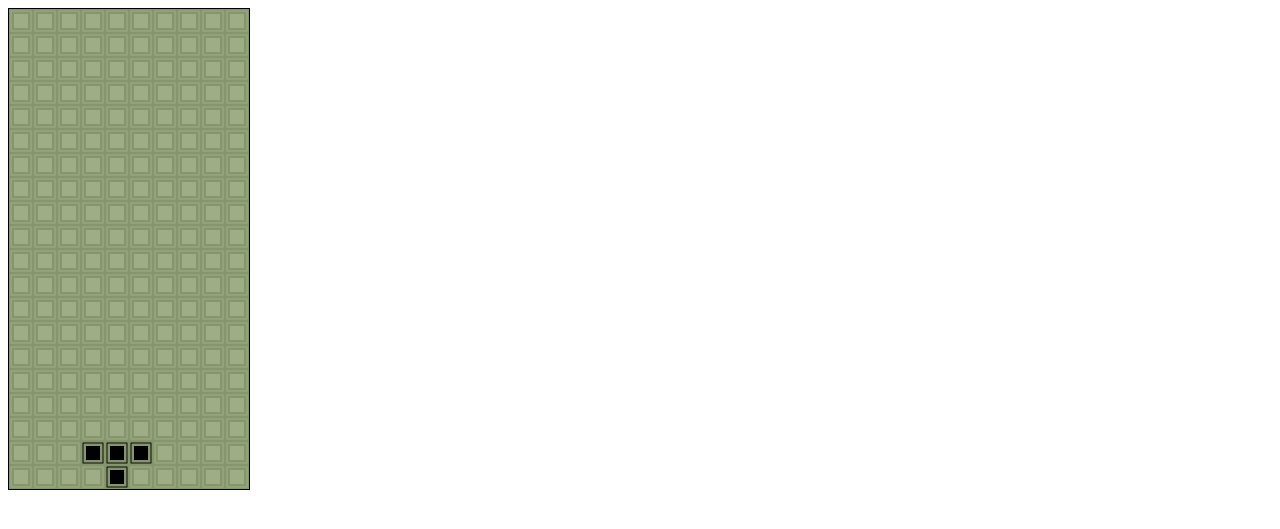
Repository: yzarc204/tetris-web
Page: index.html
These files come from the project's save history. The page is drawn as it stood at one moment and after the next save; the edit follows.
The browser window is 1280 px wide. The pictures show the whole page.

Above is the page before, as saved 2021-09-20 20:36:42.

### index.html
<!DOCTYPE html>
<html lang="en">
<head>
    <meta charset="UTF-8">
    <meta http-equiv="X-UA-Compatible" content="IE=edge">
    <meta name="viewport" content="width=device-width, initial-scale=1.0">
    <title>Tetris</title>
    <style>
        canvas {
            border: 1px solid #000;
        }
    </style>
</head>
<body>
    <script src="js/const.js"></script>
    <script src="js/board.js"></script>
    <script src="js/pixel.js"></script>
    <script src="js/brick.js"></script>
    <script src="js/game.js"></script>
</body>
</html>

### js/const.js
const PIXEL_SIZE = 24;

const B = true;
const _ = false;

const ROW = 20;
const COL = 10;

const GAME_WIDTH = PIXEL_SIZE * COL;
const GAME_HEIGHT = PIXEL_SIZE * ROW;

const GAME_BG_COLOR = '#86966c';
const PIXEL_COLOR = '#000000';
const PIXEL_BG_COLOR = '#9EAD86';

const BRICK_SHAPES = [
    [
        [
            [B, B, B, B]
        ]
    ],
    [
        [B, B, B],
        [_, B, _]
    ]
];

### js/board.js
class Board
{
    constructor(tetris) {
        this.tetris = tetris;
        this.map = [];
        this.row = ROW;
        this.col = COL;
        this.init();
    }

    init() {
        for (let row = 0; row < this.row; row++) {
            let rowData = [];
            for (let col = 0; col < this.col; col++) {
                rowData.push(_);
            }
            this.map.push(rowData);
        }
    }

    addNewPixel(row, col) {
        this.map[row][col] = B;
    }

    isEmptyCell(row, col) {
        if (row > this.row-1 || col > this.col-1)
           return false;
        return this.map[row][col] == _;
    }

    draw() {
        for (let row = 0; row < this.row; row++) {
            for (let col = 0; col < this.col; col++) {
                let color = PIXEL_BG_COLOR;
                if (this.map[row][col] == B)
                    color = PIXEL_COLOR;
                new Pixel(this.tetris, row, col, color).draw();
            }
        }
    }
};

### js/pixel.js
class Pixel
{
    constructor(tetris, row, col, color) {
        this.tetris = tetris;
        this.row = row;
        this.col = col;
        this.color = color;
        this.size = PIXEL_SIZE;
    }

    isHitLeft() {
        return this.col == 0;
    }

    canMoveLeft() {
        if (this.isHitLeft())
            return false;
        if (!this.tetris.board.isEmptyCell(this.row, this.col-1))
            return false;
        return true;
    }

    moveLeft() {
        if (this.canMoveLeft())
            this.col--;
    }

    isHitRight() {
        return this.col == COL - 1;
    }

    canMoveRight() {
        if (this.isHitRight())
            return false;
        if (!this.tetris.board.isEmptyCell(this.row, this.col+1))
            return false;
        return true;
    }

    moveRight() {
        if (this.canMoveRight())
            this.col++;
    }

    isHitBottom() {
        return this.row == ROW-1;
    }

    canFall() {
        if (this.isHitBottom())
            return false;
        if (!this.tetris.board.isEmptyCell(this.row+1, this.col))
            return false;
        return true;
    }

    fall() {
        if (this.canFall())
            this.row++;
    }

    draw() {
        const x = this.row * this.size;
        const y = this.col * this.size;
        // Set color
        this.tetris.ctx.fillStyle = this.color;
        this.tetris.ctx.strokeStyle = this.color;
        this.tetris.ctx.lineWidth = 1;
        // Draw outline
        this.tetris.ctx.strokeRect(y+2, x+2, this.size-4, this.size-4);
        // Draw area
        this.tetris.ctx.fillRect(y+5, x+5, this.size-10, this.size-10, this.color);
    }
};

### js/brick.js
class Brick {
    constructor(tetris, row, col, shape) {
        this.tetris = tetris;
        this.row = row;
        this.col = col;
        this.map = BRICK_SHAPES[shape];
        this.pixels = [];
        this.color = PIXEL_COLOR;
        this.init();
    }

    init() {
        for (let row = 0; row < this.map.length; row++) {
            for (let col = 0; col < this.map[0].length; col++) {
                if (this.map[row][col] == B) {
                    let newPixel = new Pixel(this.tetris, this.row+row, this.col+col, PIXEL_COLOR);
                    this.pixels.push(newPixel);
                }
            }
        }
    }

    canFall() {
        let doesCanFall = true;
        this.pixels.forEach(pixel => {
            if (!pixel.canFall())
                doesCanFall = false;
        })
        return doesCanFall;
    }

    fall() {
        if (this.canFall()) {
            this.row++;
            this.pixels.forEach(pixel => pixel.fall());
        }
    }

    update() {
        this.fall();
    }

    draw() {
        this.pixels.forEach(pixel => pixel.draw());
    }
};

### js/game.js
class Tetris {
    constructor() {
        this.cvs = null;
        this.ctx = null;
        this.board = null;
        this.brick = null;
        this.score = 0;
        this.init();
        this.startGame();
        this.gameLoop = setInterval(() => this.loop(), 333);
    }

    init() {
        // Create canvas
        this.cvs = document.createElement('canvas');
        this.cvs.width = GAME_WIDTH;
        this.cvs.height = GAME_HEIGHT;
        document.body.appendChild(this.cvs);

        this.ctx = this.cvs.getContext('2d');
    }

    startGame() {
        this.board = new Board(this);
        this.brick = new Brick(this, 4, 3, 1);
        // this.pixel = new Pixel(this, 0, 4, PIXEL_COLOR);
        // this.pixel2 = new Pixel(this, 3, 4, PIXEL_COLOR);
    }

    clrscr() {
        this.ctx.fillStyle = GAME_BG_COLOR;
        this.ctx.fillRect(0, 0, GAME_WIDTH, GAME_HEIGHT);
    }

    loop() {
        this.clrscr();
        this.update();
        this.draw();
    }

    update() {
        // this.pixel.fall();
        // this.pixel2.fall();
        this.brick.update();
    }

    draw() {
        this.board.draw();
        this.brick.draw();
        // this.pixel.draw();
        // this.pixel2.draw();
    }
};

const tetris = new Tetris();

After the next save:
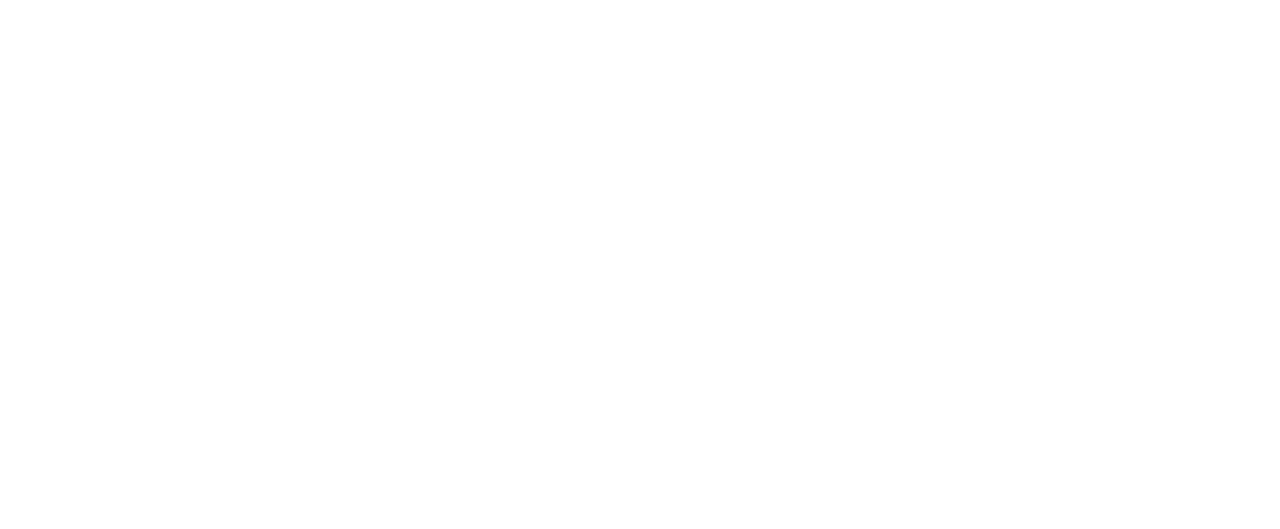
Console error: SyntaxError: Unexpected token ';'
Saved 29 s later.
--- a/js/const.js
+++ b/js/const.js
@@ -22,5 +22,9 @@
     [
         [B, B, B],
         [_, B, _]
+    ],
+    [
+        [B, B, _],
+        [_, B, B];
     ]
 ];

After the save that followed:
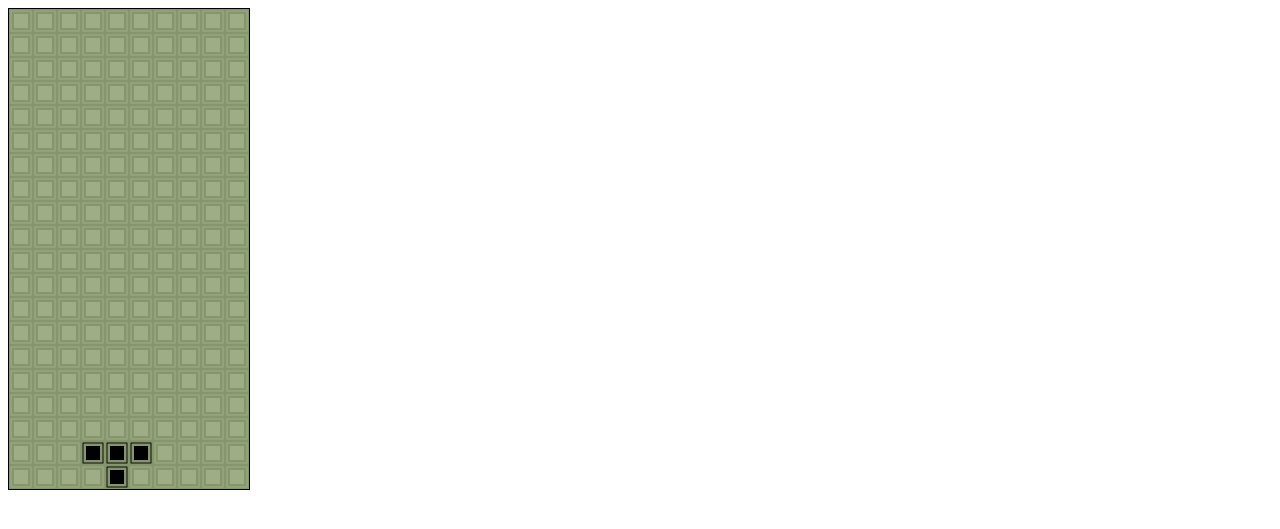
The error is gone.
Saved 6 s later.
--- a/js/const.js
+++ b/js/const.js
@@ -25,6 +25,7 @@
     ],
     [
         [B, B, _],
-        [_, B, B];
-    ]
+        [_, B, B]
+    ],
+
 ];
